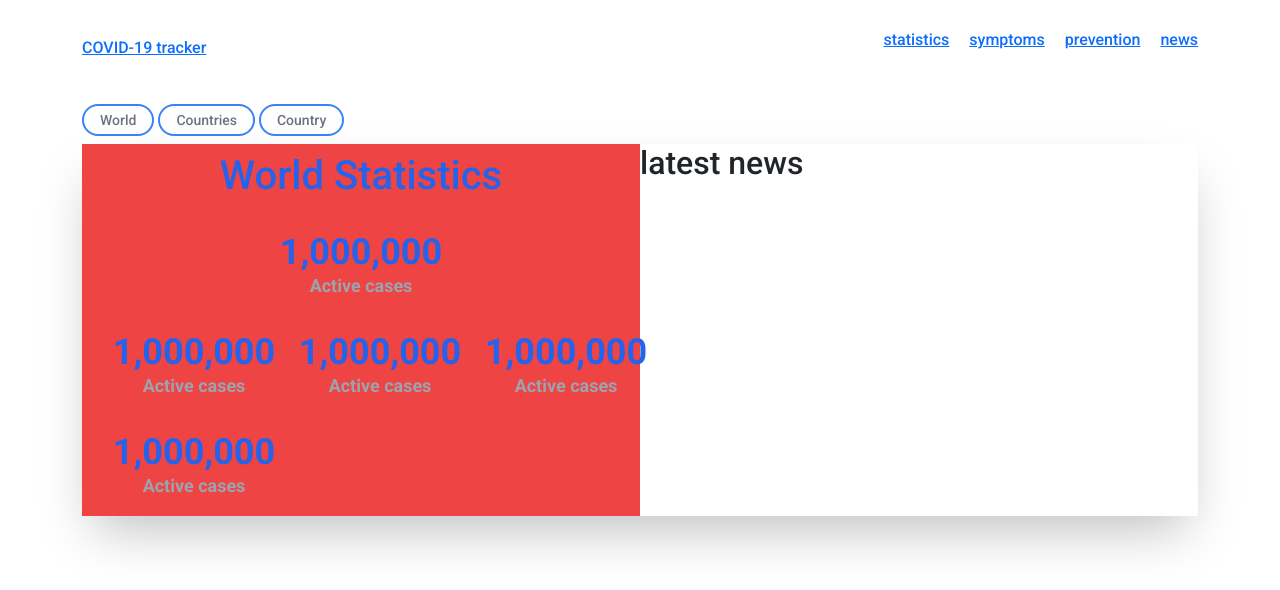
Repository: latenightsnacc/covid-19tracker
Page: design/index.html
An editor plug-in stored every save of this project. The page is shown before and after the next save, followed by the edit.
The browser window is 1280 px wide. The pictures show the whole page.
Some web libraries are served in a nearby version.

Above is the page before, as saved 2021-07-22 16:40:11.

### design/index.html
<!DOCTYPE html>
<html lang="en">
<head>
    <meta charset="UTF-8">
    <meta http-equiv="X-UA-Compatible" content="IE=edge">
    <meta name="viewport" content="width=device-width, initial-scale=1.0">
    <!--Tailwind Css-->
    <link href="https://unpkg.com/tailwindcss@^2/dist/tailwind.min.css" rel="stylesheet">
    <!--Bootstrap CSS-->
    <link href="https://cdn.jsdelivr.net/npm/bootstrap@5.0.0-beta3/dist/css/bootstrap.min.css" rel="stylesheet" integrity="sha384-eOJMYsd53ii+scO/bJGFsiCZc+5NDVN2yr8+0RDqr0Ql0h+rP48ckxlpbzKgwra6" crossorigin="anonymous">
    <!--Font Awesome 5 CDN-->
    <link href="https://cdnjs.cloudflare.com/ajax/libs/font-awesome/5.13.0/css/all.min.css" rel="stylesheet">
    <!--Roboto: Google Font-->
    <link rel="preconnect" href="https://fonts.googleapis.com">
<link rel="preconnect" href="https://fonts.gstatic.com" crossorigin>
<link href="https://fonts.googleapis.com/css2?family=Roboto:wght@300;500;700&display=swap" rel="stylesheet">
    <title>COVID-19 Tracker</title>
    <style>
        * {
            font-family: 'Roboto', sans-serif;
        }
        #coco {

            fill: rgb(1, 1, 58);
            stroke: rgb(95, 4, 80);
            stroke-width: 5px;
            animation: virus-spin infinite 20s linear;

        }

        @keyframes virus-spin {
            from {
                /* transform: rotate(0deg); */
                transform: rotateZ(0deg);
            }
            to {
                transform: rotateZ(-360deg);
            }
        }

    </style>
</head>
<body>
    <main class="m-auto">
        <!--Navigation Component-->
        <div class="container">
            <nav class="flex justify-between w-100 items-center h-24">
                <a href="index.html">
                    <div>COVID-19 tracker</div>
                </a>
                <ul class="flex">
                    <li>
                        <a href="">statistics</a>
                    </li>
                    <li class="ml-5">
                        <a href="">symptoms</a>
                    </li>
                    <li class="ml-5">
                        <a href="">prevention</a>
                    </li>
                    <li class="ml-5">
                        <a href="">news</a>
                    </li>
                </ul>
            </nav>
        </div>

        <div class="container">
            <div class="tags py-2">
                <button class="border-2 border-blue-500 px-3 py-1 rounded-2xl text-gray-500 hover:bg-blue-500 hover:text-white text-mute text-sm capitalize">world</button>
                <button class="border-2 border-blue-500 px-3 py-1 rounded-2xl text-gray-500 hover:bg-blue-500 hover:text-white text-mute text-sm capitalize">countries</button>
                <button class="border-2 border-blue-500 px-3 py-1 rounded-2xl text-gray-500 hover:bg-blue-500 hover:text-white text-mute text-sm capitalize">country</button>
            </div>
            <div class="flex flex-col md:flex-row  shadow-2xl">

                <div class="w-100 md:w-1/2 bg-red-500">
                    <h1 class="text-blue-600 text-center py-2">World Statistics</h1>
                    <div class="stats">
                        <div class="w-56 flex flex-col items-center justify-center p-3 m-auto">
                            <span class="text-4xl text-blue-600 font-bold">1,000,000</span>
                            <span class="text-lg text-gray-400 font-bold">Active cases</span>
                        </div>
                        <div class="grid grid-rows-auto grid-cols-3">
                            <div class="w-56 flex flex-col items-center justify-center p-3">
                                <span class="text-4xl text-blue-600 font-bold">1,000,000</span>
                                <span class="text-lg text-gray-400 font-bold">Active cases</span>
                            </div>
                            <div class="w-56 flex flex-col items-center justify-center p-3">
                                <span class="text-4xl text-blue-600 font-bold">1,000,000</span>
                                <span class="text-lg text-gray-400 font-bold">Active cases</span>
                            </div>
                            <div class="w-56 flex flex-col items-center justify-center p-3">
                                <span class="text-4xl text-blue-600 font-bold">1,000,000</span>
                                <span class="text-lg text-gray-400 font-bold">Active cases</span>
                            </div>
                            <div class="w-56 flex flex-col items-center justify-center p-3">
                                <span class="text-4xl text-blue-600 font-bold">1,000,000</span>
                                <span class="text-lg text-gray-400 font-bold">Active cases</span>
                            </div>
                        </div>

                    </div>

                </div>
                <div class="w-100 md:w-1/2">
                    <h2>latest news</h2>

                </div>

            </div>
        </div>
    </main>
</body>
</html>

After the next save:
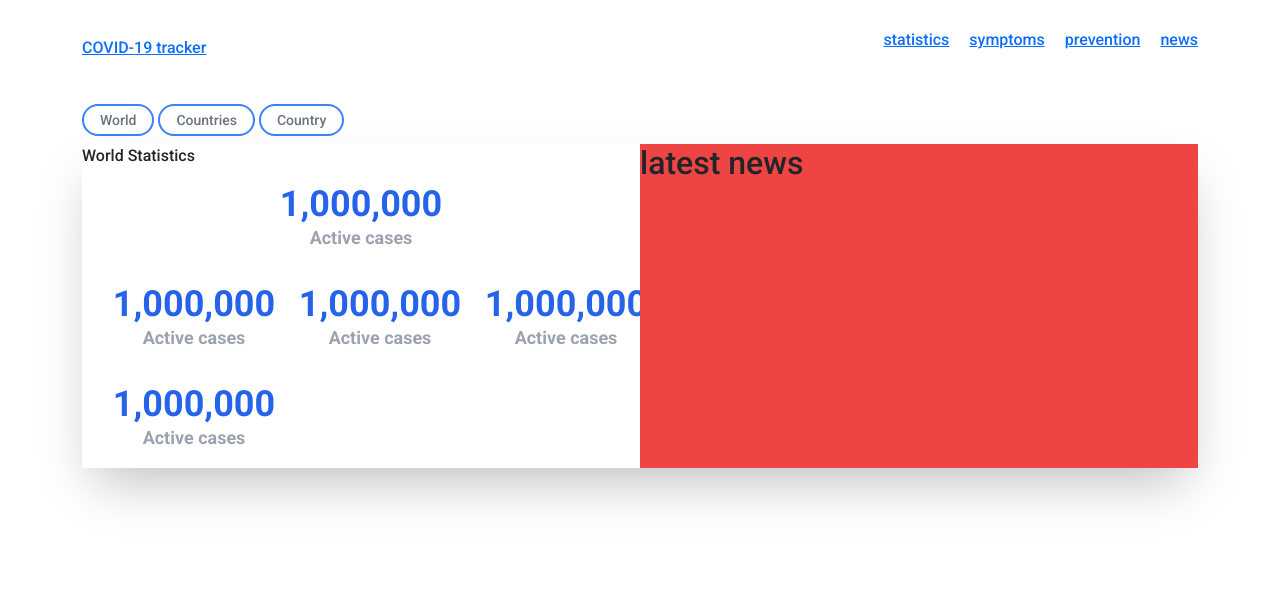
Saved 15 s later.
--- a/design/index.html
+++ b/design/index.html
@@ -73,7 +73,7 @@
             </div>
             <div class="flex flex-col md:flex-row  shadow-2xl">
 
-                <div class="w-100 md:w-1/2 bg-red-500">
+                <div class="w-100 md:w-1/2 >
                     <h1 class="text-blue-600 text-center py-2">World Statistics</h1>
                     <div class="stats">
                         <div class="w-56 flex flex-col items-center justify-center p-3 m-auto">
@@ -102,7 +102,7 @@
                     </div>
 
                 </div>
-                <div class="w-100 md:w-1/2">
+                <div class="w-100 md:w-1/2 bg-red-500"">
                     <h2>latest news</h2>
 
                 </div>
